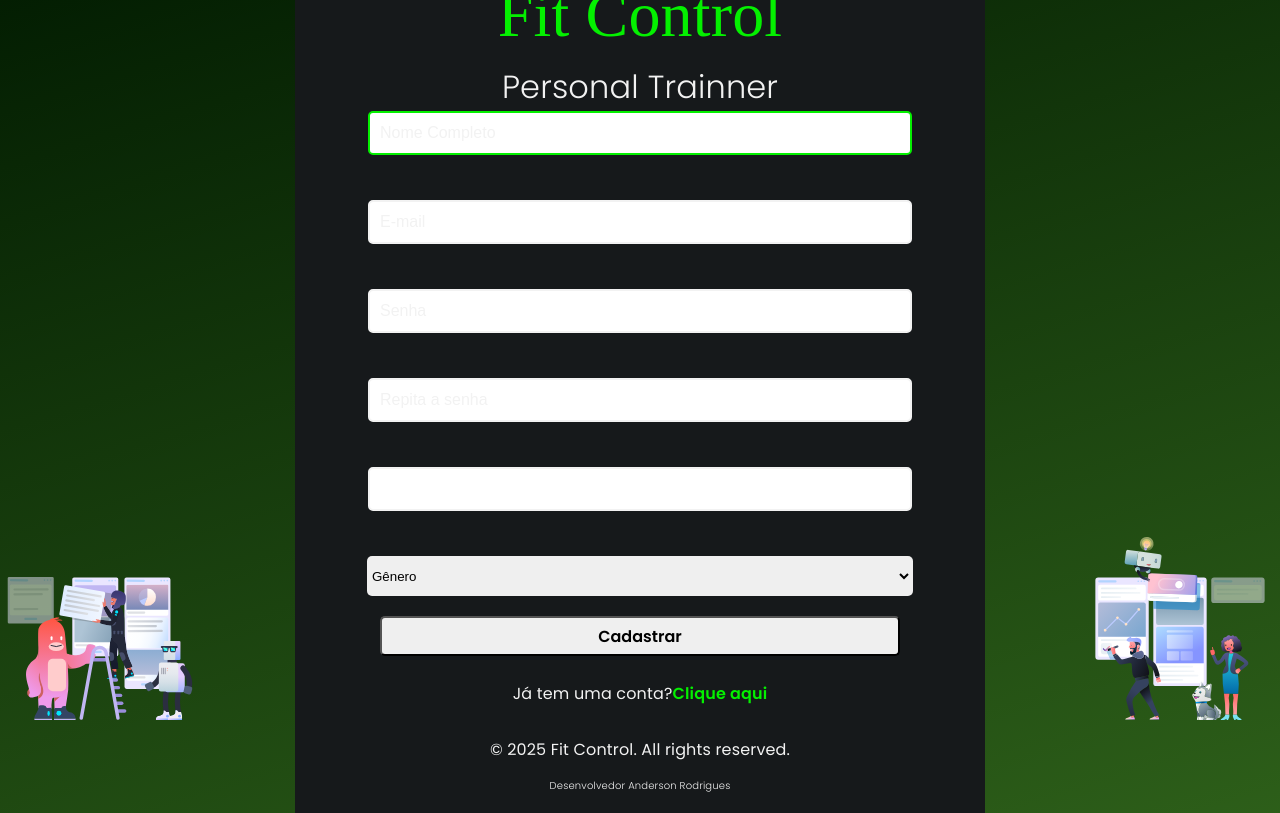
Repository: fit-control/frontend-fit-control
Page: /cadastro
An editor plug-in stored every save of this project. The page is shown before and after the next save, followed by the edit.
The browser window is 1280 px wide. The pictures show the whole page.
The page's requests for data from a server got no answer. Some web fonts or font styles are not loaded; a fallback is used. The project was rebuilt for these pictures with package versions that can differ from the ones it lists, and the page was loaded fresh each time. No one was signed in, and anything a server would have sent is missing. Also part of the build but not shown: next.config.js, vite.config.ts, src/components/containerCenterLogin.tsx, src/pages/About.tsx, src/pages/NotFound.tsx, src/components/AuthRoutes.tsx, src/pages/PaginaTeste.tsx.

Above is the page before, as saved 2025-03-23 17:04:09.

### src/main.tsx
import { StrictMode } from 'react'
import { createRoot } from 'react-dom/client'
import './App.css'
import App from './App.tsx'
import { AuthProvider } from './context/auth.tsx'

createRoot(document.getElementById('root')!).render(
  <StrictMode>
    <AuthProvider>
      <App />
    </AuthProvider>
  </StrictMode>,
)

### src/App.css
@import url('https://fonts.googleapis.com/css2?family=Alike+Angular&family=Platypi:ital,wght@0,300..800;1,300..800&family=Poppins:ital,wght@0,100;0,200;0,300;0,400;0,500;0,600;0,700;0,800;0,900;1,100;1,200;1,300;1,400;1,500;1,600;1,700;1,800;1,900&display=swap');
@import url('https://fonts.googleapis.com/css2?family=Aguafina+Script&family=Alike+Angular&family=Platypi:ital,wght@0,300..800;1,300..800&family=Poppins:ital,wght@0,100;0,200;0,300;0,400;0,500;0,600;0,700;0,800;0,900;1,100;1,200;1,300;1,400;1,500;1,600;1,700;1,800;1,900&display=swap');
/* @tailwind base;
@tailwind components;
@tailwind utilities; */

/* :root {
  --background: #ffffff;
  --foreground: #171717;
}

@media (prefers-color-scheme: light) {
  :root {
    --background: #0a0a0a;
    --foreground: #ededed;
  }
} */

body {
  padding: 0;
  margin: 0;
  font-family: Poppins, sans-serif;
  font-size: 16px;
  line-height: 1.5;
  font-weight: 400;
  width: 100vw;
  height: 100vh;
  letter-spacing: 0.01em;
  display: flex;
  justify-content: center;
  align-items: center;

  .iconPageLeft {
    position: absolute;
    left: 0;
    bottom: 0;
    max-width: 400px;
    max-height: 400px;

    @media (max-width: 1480px) {
      max-width: 300px;
      max-height: 300px;
    }
    @media (max-width: 1280px) {
      max-width: 200px;
      max-height: 200px;
    }
    @media (max-width: 930px) {
      display: none;
    }
  }
  .iconPageRight {
    position: absolute;
    right: 0;
    bottom: 0;
    max-width: 400px;
    max-height: 400px;

    @media (max-width: 1480px) {
      max-width: 300px;
      max-height: 300px;
    }

    @media (max-width: 1280px) {
      max-width: 200px;
      max-height: 200px;
    }
    @media (max-width: 930px) {
      display: none;
    }
  }

  .containerLogin {
    width: 650px;
    min-height: calc(100vh - 40px);
    display: flex;
    flex-direction: column;
    justify-content: space-between;
    padding: 20px;
    align-items: center;
    background-color: #16191B;

    @media (max-width: 930px) {
      width: calc(100vw - 40px);
      overflow: hidden;
    }
    .divTitle {
      margin-top: 40px;
      display: flex;
      flex-direction: column;
      align-items: center;
      justify-content: center;

      h1 {
        margin: 0;
        color: #04F000;
        font-family: 'Aguafina Script', cursive;
        font-size: 4rem;
        font-weight: 400;
      }
      h3 {
        margin: 0;
        color: #F2F2F2;
        font-family: 'Poppins', sans-serif;
        font-size: 2rem;
        font-weight: 300;
      }
      p {
        color: #F2F2F2;
        font-size: 12px;
        font-weight: 300;
        margin: 0;
        text-align: center;
        display: flex;
      }
    }
    p {
      text-align: center;
      display: flex;
      color: #F2F2F2;
    }
    footer {
      display: flex;
      flex-direction: column;
      align-items: center;
      justify-content: center;

      .assignDeveloper {
        margin: 0%;
        color: #F2F2F2;
        font-size: 10px;
        font-weight: 300;
      }
    }

    .centerCard {
      display: flex;
      flex-direction: column;
      align-items: center;
      justify-content: center;
      gap: 10px;
      width: -webkit-fill-available;

      select {
        width: 84%;
        border-radius: 5px;
        height: 40px;
        margin-bottom: 10px;
      }
      input {
        width: 80%;
        height: 40px;
        border: 2px solid #F2F2F2;
        border-radius: 5px;
        padding: 0 10px;
        /* background-color: #16191B; */
        color: #16191B;
        font-size: 16px;
        font-weight: 300;
        outline: none;
        margin-bottom: 35px;
        transition: all 0.3s ease;
        &::placeholder {
          color: #F2F2F2;
          font-size: 16px;
          font-weight: 300;
        }
        &:focus {
          border-color: #04F000;
        }
      }
      label {
        color: #F2F2F2;
        font-size: 16px;
        font-weight: 300;
        display: flex;
        justify-content: flex-start;
        width: 80%;
      }
      button {
        width: 80%;
        height: 40px;
        border-radius: 5px;
        padding: 0 10px;
        font-family: 'Poppins', sans-serif;
        font-size: 16px;
        font-weight: 600;
        outline: none;
        transition: all 0.3s ease;
      }
      .button1{
        background-color: #012B00 !important;
        color: #FFFFFF !important;
      }
      .button1:hover{
        border: 2px solid #04F000;
        transition: all 0.3s ease;
        transition: all 0.4s ease-in-out;
      }
      button:hover {
        background-color: #F2F2F2;
        color: #16191B;
        cursor: pointer;
      }
      button:active {
        background-color: #04F000;
        color: #16191B;
        cursor: pointer;
        opacity: 0.5;
      }
      button:disabled {
        background-color: #F2F2F2;
        color: #16191B;
        cursor: not-allowed;
        opacity: 0.5;
      }
      button:focus {
        outline: none;
      }
      button:focus-visible {
        outline: 1px solid #F2F2F2;
      }
      .registerButton {
        background-color: #F2F2F2;
        color: #012B00;
        font-family: 'Poppins', sans-serif;
        font-size: 16px;
        font-weight: 600;
        outline: none;
        transition: all 0.3s ease;
        margin-top: 10px;

      }
      .registerButton:hover {
        background-color: #012B00;
        text-decoration: underline;
        color: #F2F2F2;
        border: 2px solid #04F000;
        cursor: pointer;
        transition: all 0.4s ease-in-out;
      }
      .registerLink {
        color: #04F000;
        font-weight: 600;
      }
      .forgotPassword {
        margin-top: 10px;
        font-size: 12px;
        font-weight: 300;
        gap: 3px;
      }
      .registerLink {
        color: #04F000;
        font-weight: 600;
        text-decoration: none;
      }
      .registerLink:hover {
        text-decoration: underline;
      }
    }
  }
}

### src/App.tsx
import './App.css'
import Home from './pages/Home'
import About from './pages/About';
import NotFound from './pages/NotFound';
import { BrowserRouter as Router, Route, Routes } from "react-router-dom";
import AuthRoutes from './components/AuthRoutes';
import PaginaTeste from './pages/PaginaTeste';

function App() {

  return (
    <Router>
      <div>
      <Routes>
        <Route index element={<Home />} />
        <Route path="/cadastro" element={<Home />}/>
          <Route element={<AuthRoutes />}>
            <Route path="/pagina-teste" element={<PaginaTeste />}/>
          </Route>
          <Route path="/about" element={<About />} />
        <Route path="*" element={<NotFound />} />
      </Routes>
      </div>
    </Router>
  );
}

export default App

### src/context/auth.tsx
import React, { createContext, useContext, useState, useEffect, useCallback } from "react";
import axios from "axios";
import api from "../api/api";

interface User {
  id: string;
  email: string;
  password: string;
  name: string;
  role: string;
}

interface AuthContextType {
  user: User | null;
  login: (email: string, password: string) => Promise<User>;
  logout: () => void;
  isAuthenticated: boolean;
}

// Criação do contexto
const AuthContext = createContext<AuthContextType>({
  user: {
    id: '',
    email: '',
    password: '',
    name: '',
    role: ''
  },
  login: async () => ({
    id: '',
    email: '',
    password: '',
    name: '',
    role: ''
  }),
  logout: () => {},
  isAuthenticated: false
});

// Provider do contexto de autenticação
export const AuthProvider = ({ children }: { children: React.ReactNode }) => {
  const [user, setUser] = useState<User | null>(null);
  const [isAuthenticated, setIsAutenticatad] = useState<boolean>(false);

  const logout = () => {
    setIsAutenticatad(false);
    setUser(null);
    localStorage.removeItem("token");
    delete axios.defaults.headers.common["Authorization"];
  };

  const fetchUserData = useCallback(async (authToken: string) => {
    try {
      const response = await axios.get("/auth/me", {
        headers: { Authorization: `Bearer ${authToken}` },
      });
      setUser(response.data);
    } catch (error) {
      console.error("Erro ao buscar dados do usuário:", error);
      logout();
    }
  }, []);

  useEffect(() => {
    // Verifica se há um token salvo no localStorage ao carregar a aplicação
    const storedToken = localStorage.getItem("token");
    if (storedToken) {
      setIsAutenticatad(true);
      axios.defaults.headers.common["Authorization"] = `Bearer ${storedToken}`;
      fetchUserData(storedToken); // Busca os dados do usuário autenticado
    }
  }, [fetchUserData]);

  const login = async (email: string, password: string): Promise<User> => {
    console.log("Iniciando login com:", email, password);

    try {
      const response = await api.post("/api/login", { email, password });
      console.log("Resposta da API:", response.data);

      const { token } = response.data;

      if(token)setIsAutenticatad(true);
      localStorage.setItem("token", token);
      axios.defaults.headers.common["Authorization"] = `Bearer ${token}`;

      const fakeUser: User = {
        id: "123",
        email,
        password,
        name: "Usuário Fake",
        role: "Admin",
      };

      setUser(fakeUser);
      console.log("Usuário autenticado:", fakeUser);
      console.log(isAuthenticated)

      return fakeUser;
    } catch (error) {
      console.warn("Erro no login:", error);
      throw error; // Re-lança o erro para ser tratado pelo componente
    }
  };



  return (
    <AuthContext.Provider value={{ user, isAuthenticated, login, logout }}>
         {children}
    </AuthContext.Provider>
  );
};

// Hook para consumir o contexto
export const useAuth = () => useContext(AuthContext);

### src/pages/Home.tsx
import ContainerCenterCadastro from "../components/containerCenterCadastro";
import ContainerCenterLogin from "../components/containerCenterLogin";
import { useLocation } from "react-router-dom";

function Home() {
  const location = useLocation();
  return (
    <div className="items-center justify-items-center min=w-screen flex fundo_login" style={{
      width: '100vw',
      background: 'linear-gradient(343deg, rgba(22, 77, 0, 0.9), rgba(0, 25, 0, 10.9))'
    }}>
       {location.pathname === "/cadastro" ? <ContainerCenterCadastro /> : <ContainerCenterLogin />}
    </div>
  );
}
export default Home;

### src/api/api.ts
import axios from "axios";

const baseURL = import.meta.env.VITE_BASE_URL; // Use import.meta.env
const api = axios.create({
  baseURL: baseURL, // URL base da API
  timeout: 5000, // Tempo limite para requisições
  headers: { "Content-Type": "application/json" }, // Cabeçalhos padrão
});

// Interceptor para adicionar o token de autenticação nas requisições
api.interceptors.request.use(
    (config) => {
      // Recuperar o token do localStorage (ou outra fonte)
      const token = localStorage.getItem("token");

      if (token) {
        // Adicionar o token no cabeçalho da requisição
        config.headers.Authorization = `Bearer ${token}`;
      }

      // Retornar a configuração modificada
      return config;
    },
    (error) => {
      // Tratar erros na configuração da requisição
      console.error("Erro ao configurar a requisição:", error);
      return Promise.reject(error);
    }
  );

  // Interceptor para tratar respostas da API
  api.interceptors.response.use(
    (response) => {
      // Aqui você pode processar a resposta antes de retornar os dados
      console.log("Resposta bem-sucedida:", response);
      return response;
    },
    (error) => {
      // Tratar erros de resposta (ex.: erro 401 ou 500)
      if (error.response) {
        console.error("Erro na resposta da API:", error.response.data);

        // Exemplo: Redirecionar para login em caso de erro 401 (não autorizado)
        if (error.response.status === 401) {
          console.log("Token expirado. Redirecionando para login...");
          window.location.href = "/";
        }
      } else {
        console.error("Erro na requisição:", error.message);
      }

      return Promise.reject(error);
    }
  );

export default api;

### src/components/containerCenterCadastro.tsx
import { useAuth } from "../context/auth";
import { useState } from "react";
// import { useNavigate } from "react-router-dom";
import { ToastContainer, toast } from "react-toastify";
import "react-toastify/dist/ReactToastify.css";
import { useForm } from 'react-hook-form'
import { User } from "../types/AuthType";
import { useNavigate } from "react-router-dom";

const ContainerCenterCadastro = () => {

  const { login } = useAuth();
  const navigate = useNavigate();
  const [loading, setLoading] = useState(false);


  const [errorMessage, setErrorMessage] = useState<string | undefined>(
    undefined,
  )

  const {
    handleSubmit,
    register,
    getValues} = useForm<User>({
    mode: 'onSubmit',
  })

  const handleFormSubmit = async ({ nomeCompleto, email, password, genero }: User) => {
    console.log("ENTROU AQUI", nomeCompleto, email, password, genero);
    setLoading(true);
    // const credentials = { user, password }
    // setDadosProfileLocalStorage(credentials)

    try {
      const response = await login(email, password)
      if (response) {
        toast.success(`Seja bem vindo ${response.name}! login realizado com sucesso.`)
        // setTimeout(() => {
        //   navigate('/pagina-teste')
        // }, 1000)
      }
    } catch (error) {
      // setFocus('email')
      // setFocus('password')
      toast.error('Email ou senha inválidos. Tente novamente.')
      if (error instanceof Error) setErrorMessage(error.message)
        setTimeout(() => {
          setErrorMessage(() => '')
        }, 2000)
    }finally{
      setLoading(false);
    }
  }
  return (
    <form style={{
      width: '100vw',
      justifyContent: "center",
      display: "flex",
    }} onSubmit={(e) => {
      e.preventDefault();
      console.log("Valores no form:", getValues());
      handleSubmit(handleFormSubmit)(e);
    }}>
      <img src="/trello-right.e6e102c7 (1).svg" alt="iconPageLeft" className="iconPageLeft" />
        <main className="containerLogin">
        <div className="divTitle">
          <h1 className="title">Fit Control</h1>
          <h3 className="subtitle">Personal Trainner</h3>
        </div>
        <div className="centerCard">
            <input
            type="text"
            placeholder="Nome Completo"
            {...register('nomeCompleto', {
              required: 'Nome é obrigatório',
            })}
            autoFocus
            style={{ borderColor: errorMessage ? "red" : "" }}
          />
          <input
            type="text"
            placeholder="E-mail"
            {...register('email', {
              required: 'Email é obrigatório',
              pattern: {
                value: /^[a-zA-Z0-9._%+-]+@[a-zA-Z0-9.-]+\.[a-zA-Z]{2,}$/,
                message: 'Email inválido',
              },
            })}
            style={{ borderColor: errorMessage ? "red" : "" }}
          />
          <input
            type="password"
            placeholder="Senha"
            {...register('password', {
              required: 'Senha é obrigatória',
              pattern: {
                value:
                  /^(?=.*\d)(?=.*[a-z])(?=.*[A-Z])(?=.*[!@#$%^&.*])[0-9a-zA-Z!@#$%^&*]{6,}$/,
                message:
                  'Senha deve ter pelo menos 6 caracteres, incluindo letras maiúsculas, minúsculas, números e caracteres especiais',
              },

            })}
            style={{ borderColor: errorMessage ? "red" : ""}}
          />
          <input
            type="password"
            placeholder="Repita a senha"
            {...register('password', {
              required: 'Senha é obrigatória',

            })}
            style={{ borderColor: errorMessage ? "red" : ""}}
          />
          <input
            type="text"
            {...register('telefone')}
            style={{ borderColor: errorMessage ? "red" : ""}}
          />
           <select {...register('genero')} style={{ borderColor: errorMessage ? "red" : "transparent" }}>
                <option value="">Gênero</option>
                <option value="homem">Homem</option>
                <option value="mulher">Mulher</option>
            </select>

          <button disabled={loading} type="submit">
            {loading ? 'Carregando...' : 'Cadastrar'}
          </button>
          <p className="tagRegister">Já tem uma conta? <a onClick={(e) => {
            e.preventDefault(); // Impede a ação padrão do botão
            setTimeout(() => {
              navigate('/');
            }, 200);
          }} className="registerLink">Clique aqui</a></p>
        {errorMessage && (
              <div style={{ maxWidth: '85%', textAlign: 'center', color: 'red' }}>
                {errorMessage}
              </div>
            )}
        </div>

        <footer className="">
          <p className="">
            &copy; {new Date().getFullYear()} Fit Control. All rights reserved.
          </p>
          <p className="assignDeveloper">Desenvolvedor Anderson Rodrigues</p>
        </footer>
      </main>
      <img src="/trello-left.4f52d13c (1).svg" alt="iconPageRight" className="iconPageRight" />
      <ToastContainer />
    </form>
  );
};

export default ContainerCenterCadastro;

Loaded but not shown: index.html (common file); tailwind.config.js (common file)

After the next save:
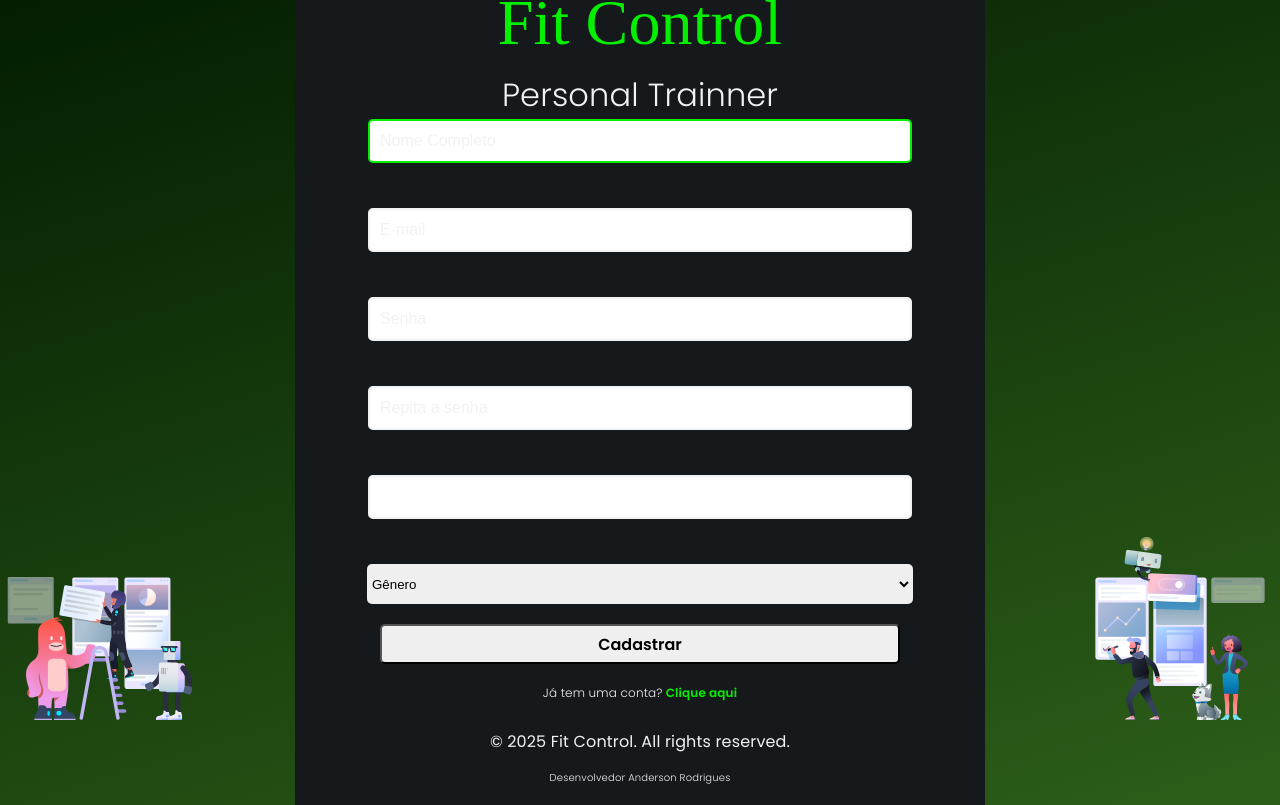
Saved 97 s later.
--- a/src/App.css
+++ b/src/App.css
@@ -243,7 +243,7 @@ body {
         color: #04F000;
         font-weight: 600;
       }
-      .forgotPassword {
+      .tagRegister {
         margin-top: 10px;
         font-size: 12px;
         font-weight: 300;
